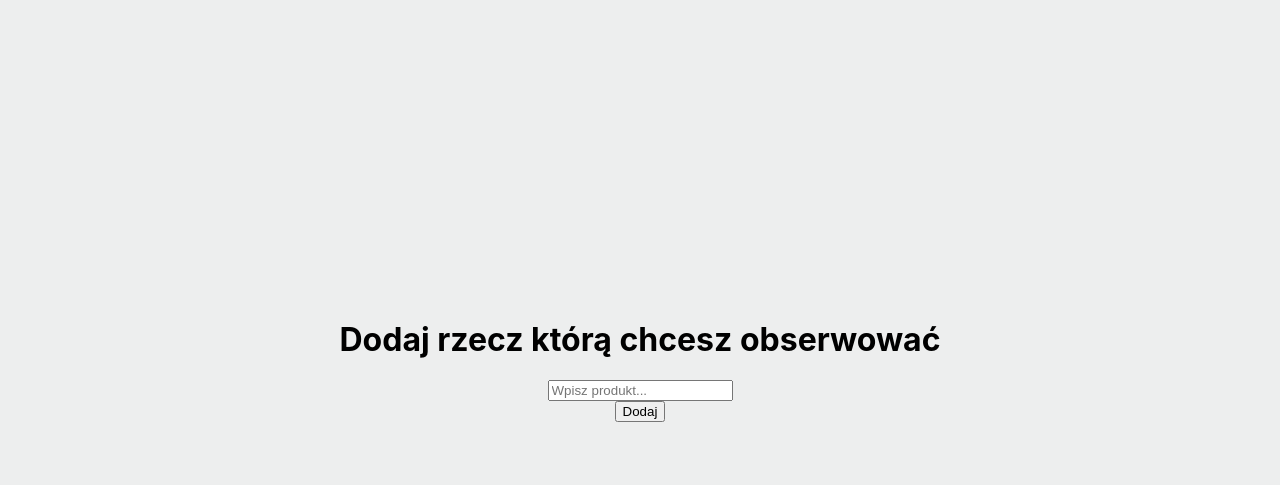
Repository: matedoo/crawler
Page: /MainApp
These files come from the project's save history. The page is drawn as it stood at one moment and after a run of saves; the edit follows.
The browser window is 1280 px wide. The pictures show the whole page.
The project was rebuilt for these pictures with package versions that can differ from the ones it lists, and the page was loaded fresh each time. Requests to the local data server were answered from the project's data file. Also part of the build but not shown: src/Components/button.js, src/Components/LoginComponents/LoginApp.js, src/Components/LoginComponents/RegisterApp.js, src/Components/btnContainer.js, src/Components/heading.js, src/Components/LoginComponents/StartApp.js, src/Components/MainApp/MainAppElement.js.

Above is the page before, as saved 2020-04-26 20:30:11.

### public/index.html
<!DOCTYPE html>
<html lang="en">
  <head>
    <meta charset="utf-8" />
    <link rel="icon" href="%PUBLIC_URL%/favicon.ico" />
    <meta name="viewport" content="width=device-width, initial-scale=1" />
    <meta name="theme-color" content="#000000" />
    <meta
      name="description"
      content="Web site created using create-react-app"
    />
    <link rel="apple-touch-icon" href="%PUBLIC_URL%/logo192.png" />
    <!--
      manifest.json provides metadata used when your web app is installed on a
      user's mobile device or desktop. See https://developers.google.com/web/fundamentals/web-app-manifest/
    -->
    <link rel="manifest" href="%PUBLIC_URL%/manifest.json" />
    <!--
      Notice the use of %PUBLIC_URL% in the tags above.
      It will be replaced with the URL of the `public` folder during the build.
      Only files inside the `public` folder can be referenced from the HTML.

      Unlike "/favicon.ico" or "favicon.ico", "%PUBLIC_URL%/favicon.ico" will
      work correctly both with client-side routing and a non-root public URL.
      Learn how to configure a non-root public URL by running `npm run build`.
    -->
    <title>Racoon</title>
  </head>
  <body>
    <noscript>You need to enable JavaScript to run this app.</noscript>
    <div id="root"></div>

  </body>
</html>

### src/App.js
import React from 'react';
import LoginApp from './Components/LoginComponents/LoginApp'
import RegisterApp from './Components/LoginComponents/RegisterApp'
import StartApp from './Components/LoginComponents/StartApp'
import MainApp from './Components/MainApp/MainApp'
import {BrowserRouter as Router, Switch, Route} from 'react-router-dom'




class App extends React.Component {

  render(){
    return (
      <Router>
        <Switch>
          <Route path='/' exact component={StartApp}></Route>
          <Route path='/LoginApp' component={LoginApp}></Route>
          <Route path='/RegisterApp' component={RegisterApp}></Route>
          <Route path='/MainApp' component={MainApp}></Route>
        </Switch>
      </Router>
    );
  }
}



export default App;

### src/Components/MainApp/MainApp.js
import React, { useState, useEffect } from 'react';
import styled from 'styled-components';
import MainAppElement from './MainAppElement'


//http://localhost:4000/items

function MainApp(props) {
  const [elementsListState, setElementsListState] = useState({ elementsList: [], inputValue: '', error: ''})

  const [fetchedData, setFetchedData] = useState('')
  const [dataError, setDataError] = useState(null)
  const [apiItems, setApiItems] = useState('items')
  const [isLoading, setIsLoading] = useState(true)

  useEffect(() => {
    const myFetch = async () => {
      setIsLoading(true)

      try {
        const response = await fetch(`http://localhost:4000/${apiItems}`)
        const responseParsed = await response.json()
        // console.log(responseParsed[0]);

        setIsLoading(false)
        setFetchedData(responseParsed)


        // elementsListState.push(responseParsed)
      } catch(dataError){
        setIsLoading(false)
        setDataError(dataError)
      }

    }
    myFetch()
  }, [apiItems])
  console.log(fetchedData);




  if(isLoading){
    return <p>Loading...</p>
  }
  if(dataError){
    return <p>Error...</p>
  }

  const handleInputChange = (event) => {
    const { value } = event.target
    setElementsListState({
      ...elementsListState,
      inputValue: value
    })

  }
  const handleButtonClick = () => {
    const { elementsList } = elementsListState;

    if(!inputValue) return;

    if(elementsList.some(element => element === inputValue)){
      setElementsListState({
        ...elementsListState,
        error: 'Ten produkt już istnieje',
        inputValue: '',
      })
      return;
    }
    setElementsListState({
      error: '',
      elementsList: [...elementsList, inputValue],
      inputValue: ''
    })
  }

  const handleElementRemove = (elementValue) => {
    setElementsListState({
      ...elementsListState,
      elementsList: elementsList.filter(element => element !== elementValue)
    })
  }
  const { error, elementsList, inputValue} = elementsListState;
    return (
      <LoginAppStyled>
        <h1>Dodaj rzecz którą chcesz obserwować</h1>
        {elementsList.map((element) => (
          <MainAppElement
            key={element}
            element={element}
            handleCloseClick={handleElementRemove}
          />
        ))}
        <input
          name='listelemt'
          placeholder='Wpisz produkt...'
          value={inputValue}
          onChange={handleInputChange}
        />
        <button onClick={handleButtonClick}>Dodaj</button>
        {!!error && <p>{error}</p>}
      </LoginAppStyled>
    );

}

export default MainApp;



const LoginAppStyled = styled.div`
   background-color: #edeeee;
   margin: 0;
   padding:0;
   height: 100vh;
   width: 100%;
   display: flex;
   align-items: center;
   justify-content: center;
   flex-direction: column;
`

### db.json
{
  "items": [
    {
      "title": "Lagavulin 16",
      "id": 1
    },
    {
      "title": "ardbeg",
      "id": 3
    },
    {
      "title": "qwe",
      "id": 4
    }
  ]
}

Loaded but not shown: src/index.js (common file); src/styles/index.css (common file); src/serviceWorker.js (common file)

After the next 3 saves:
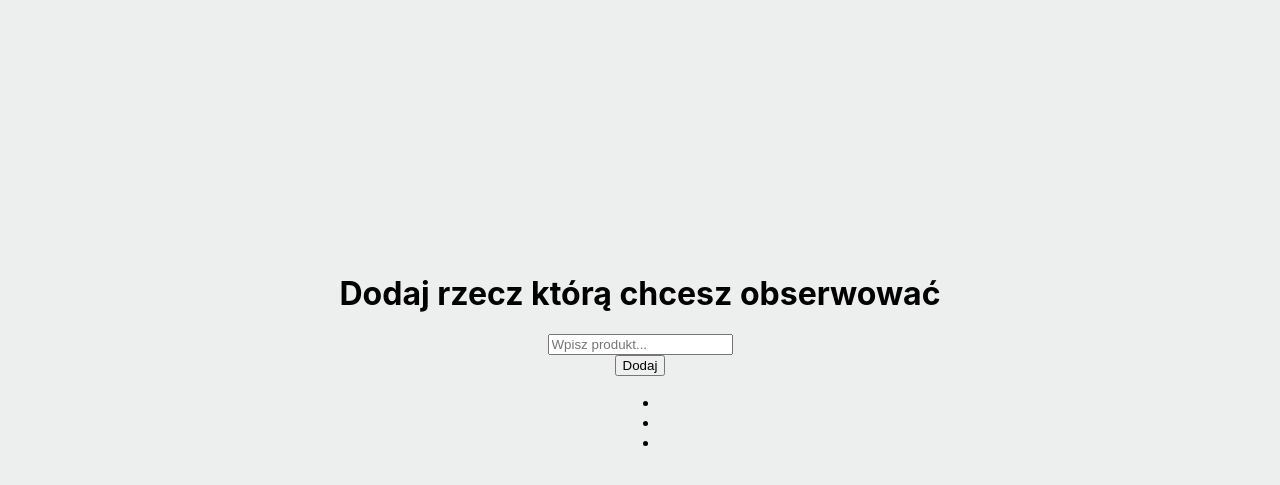
The 3 saves are shown as one change because 2 did not build or start.
The last was saved 4 min 29 s later.
--- a/src/Components/MainApp/MainApp.js
+++ b/src/Components/MainApp/MainApp.js
@@ -100,6 +100,13 @@ function MainApp(props) {
         />
         <button onClick={handleButtonClick}>Dodaj</button>
         {!!error && <p>{error}</p>}
+        <div>
+        <ul>
+        {Object.keys(fetchedData).map((item) => (
+          <li>{item.title}</li>
+        ))}
+        </ul>
+        </div>
       </LoginAppStyled>
     );
 
